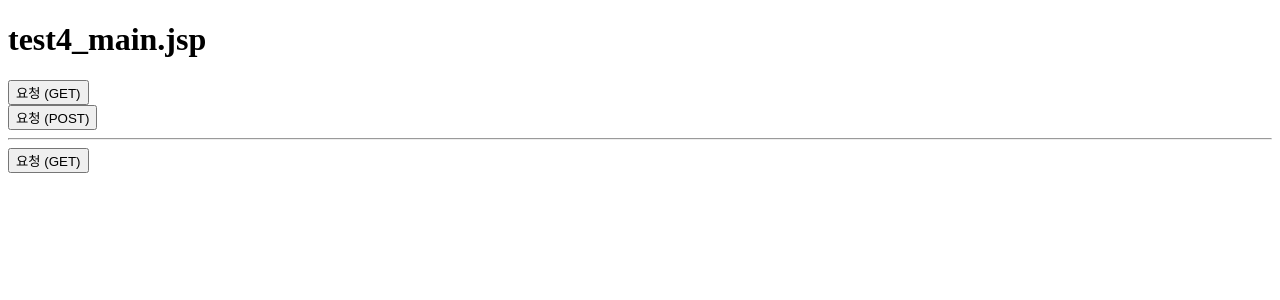
Repository: junesse-afk/ITJSP
Page: http://localhost/StudyJSP/jsp09_servlet/test4_main.jsp
The author's editor kept a copy of each file at every save. The page is drawn from the files as they stood at one save, then again after the next save.
The browser window is 1280 px wide. The pictures show the whole page.
The page is served by Tomcat 10.

Above is the page before, as saved 2024-11-26 07:40:49.

After the next save:
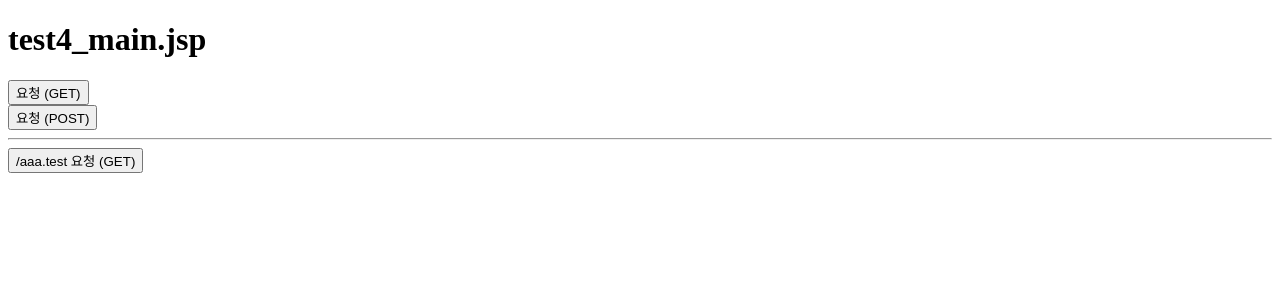
Saved 9 s later.
--- a/workspace_jsp/StudyJSP/src/main/webapp/jsp09_servlet/test4_main.jsp
+++ b/workspace_jsp/StudyJSP/src/main/webapp/jsp09_servlet/test4_main.jsp
@@ -18,7 +18,7 @@
 	<hr>
 
 	<form action="/aaa.test" method="get">
-		<input type="submit" value="요청 (GET)">
+		<input type="submit" value="/aaa.test 요청 (GET)">
 	</form>
 
 
